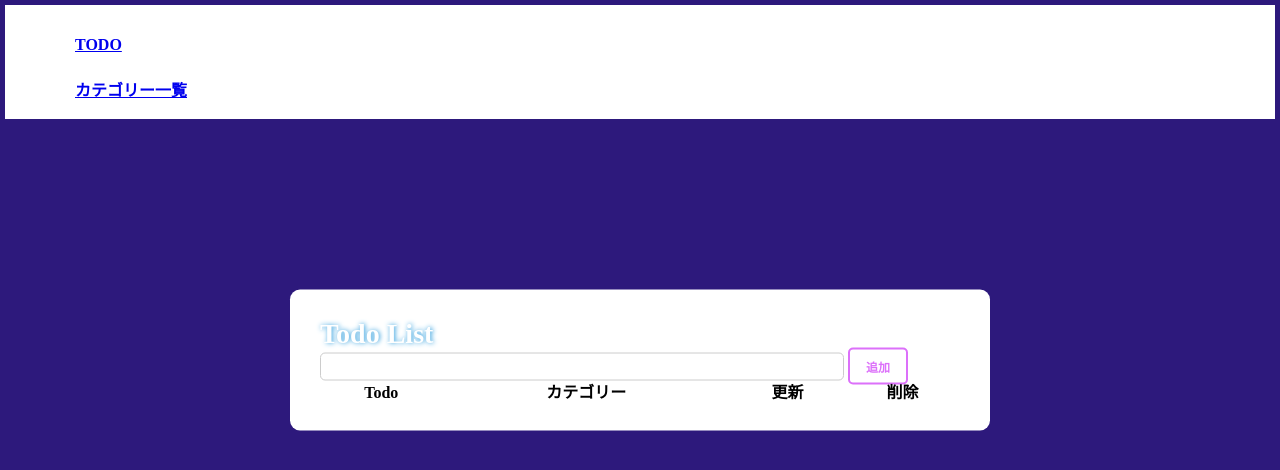
Repository: azuma2/cate
Page: http://localhost/
An editor plug-in stored every save of this project. The page is shown before and after the next save, followed by the edit.
The browser window is 1280 px wide. The pictures show the whole page.
The page is served by the project's Laravel application, run on PHP 8.4 with Laravel 8. Other server files are loaded and not shown. Queries for data that is not in the repository find no rows.

Above is the page before, as saved 2022-05-17 03:02:05.

### routes/web.php
<?php

use Illuminate\Support\Facades\Route;
use App\Http\Controllers\TodoController;
use App\Http\Controllers\CateController;


Route::get('/', [TodoController::class, 'index']);
Route::post('/todo/create', [TodoController::class, 'create']);
Route::post('/todo/update', [TodoController::class, 'update']);
Route::post('/todo/delete', [TodoController::class, 'remove']);
Route::post('/todo/search', [TodoController::class, 'search']);
Route::post('/cate/create', [CateController::class, 'post']);
Route::post('/cate/update', [CateController::class, 'update']);
Route::post('/cate/delete', [CateController::class, 'remove']);
Route::post('/cate/search', [CateController::class, 'search']);

### app/Http/Controllers/TodoController.php
<?php

namespace App\Http\Controllers;

use App\Models\Todo;
use App\Models\Cate;
use Illuminate\Http\Request;
use Illuminate\Support\Facades\DB;

class TodoController extends Controller
{
    public function index()
    {
        $items = Todo::all();
        $items = DB::select('select * from todos');

        return view('index', ['items' => $items]);
    }

    public function create(Request $request)
    {
        $param = ['content' => $request->content,];
        $this->validate($request, Todo::$rules);

        DB::insert('insert into todos (content) values (:content)', $param);
        return redirect('/');
    }

    public function update(Request $request)
    {
         $param = [
            'id' => $request->id,
            'content' => $request->content,

        ];
        $this->validate($request, Todo::$rules);
        DB::update('update todos set content =:content where id =:id', $param);
        return redirect('/');
    }

    public function remove(Request $request)
    {
        $param = ['id' => $request->id];
        DB::delete('delete from todos where id =:id', $param);
        return redirect('/');
    }

}

### app/Models/todo.php
<?php


namespace App\Models;

use Illuminate\Database\Eloquent\Factories\HasFactory;
use Illuminate\Database\Eloquent\Model;
use App\Models\Cate;

class Todo extends Model
{
    use HasFactory;

    protected $fillable = ['cate_id', 'content'];

    public static $rules = array(
        'cate_id' => 'text',
        'content' => 'required|max:20',
    );

    public function cate(){
        return $this->belongsTo('App\Models\cate');
    }


}

### resources/views/index.blade.php
<!DOCTYPE html>
<html lang="ja">
<head>
    <meta charset="UTF-8">
    <meta http-equiv="X-UA-Compatible" content="IE=edge">
    <meta name="viewport" content="width=device-width, initial-scale=1.0">
    <link rel="stylesheet" href="{{ asset('\resources\views\reset.css') }}" >
    <title>@yield('title')</title>
    <style>
    body {
      font-size:16px;
      margin: 5px;
      background-color: #2d197c;
    }


header{
  padding-right:50px;
  padding-left:50px;
  padding-top:20px;
  position: sticky;
  left: 0;
  top: 0;
  background: #fff;
}
.head {
  justify-content: space-between;
  display: flex;
  font-weight: bolder;
  position: sticky;
  bottom: 0;
}

.head1{
  padding: 10px;
  margin: 10px;
}

.head2{
  padding: 10px;
  margin: 10px;
}

ul{
  list-style: none;
  margin-top: -8px;
}

    td {
      padding: 5px 10px;
      text-align: center;
    }

    .narabe{
      display:flex;
      flex-flow: column;
    }

    .button {
    text-align: left;
    border: 2px solid #dc70fa;
    font-size: 12px;
    color: #dc70fa;
    background-color: #fff;
    font-weight: bold;
    padding: 8px 16px;
    border-radius: 5px;
    cursor: pointer;
    transition: 0.4s;
    outline: none;
}
.input-add {
    width: 80%;
    padding: 5px;
    border-radius: 5px;
    border: 1px solid #ccc;
    appearance: none;
    font-size: 14px;
    outline: none;
}
.input-update {
    width: 90%;
    padding: 5px;
    border-radius: 5px;
    border: 1px solid #ccc;
    appearance: none;
    font-size: 14px;
    outline: none;
}
    .card {
    background-color: #fff;
    width: 50vw;
    padding: 30px;
    position: absolute;
    top: 50%;
    left: 50%;
    transform: translate(-50%, -50%);
    border-radius: 10px;
}
    h2 {
      font-size:28px;
      color:white;
      text-shadow:1px 0 5px #289ADC;
      margin-left: 1px;
      margin: 0;
    }
    .content {
      margin:10px;
    }
    </style>
  </head>
  <body>
  <header>
    <div class="head">
      <ul>
        <li class="head1"><a href="index.html">TODO</a></li>
        <li class="head2"><a href="cate.html">カテゴリー一覧</a></li>
      </ul>
    </div>
  </header>
  <div class="container">
    <div class="card">
      <h2 class="title">Todo List</h2>
            <div class="todo">
              @if ($errors->has('content'))
                  <tr>
                    <th>ERROR</th>
                  <td>
                  {{$errors->first('content')}}
                </td>
            </tr>
          @endif
        <form action="/todo/create" method="post">
            @csrf
          <input type="text" class="input-add" name="content">
          <input class="button" type="submit" value="追加" />
        </form>
          <div class="narabe">
        <table>
            @csrf
          <tr>
            <th>Todo</th>
            <th>カテゴリー</th>
            <th>更新</th>
            <th>削除</th>
          </tr>

                    <tr>
            @foreach ($items as $item)

            <td>

            </td>

            <form action="/todo/update" method="post">
              @csrf
              <td>
                <input type="text" class="input-update" value="{{$item->content}}" name="content" />
              </td>
              <td>
                <input type="hidden"  name="id" value="{{$item->id}}">
                <input class="button" type="submit" value="更新" >
              </td>
            </form>
            <td>
              <form action="/todo/delete" method="post" >
                    @csrf
                <input  type="hidden" name="id" value="{{$item->id}}" >
                <input class="button" type="submit" value="削除" >
              </form>
            </td>
            </div>
          </tr>
          @endforeach
        </table>
      </div>
    </div>
  </div>
  </div>

</body>
</html>

### resources/views/reset.css
/*
html5doctor.com Reset Stylesheet
v1.6.1
Last Updated: 2010-09-17
Todo: Richard Clark - http://richclarkdesign.com
Twitter: @rich_clark
*/

html, body, div, span, object, iframe,
h1, h2, h3, h4, h5, h6, p, blockquote, pre,
abbr, address, cite, code,
del, dfn, em, img, ins, kbd, q, samp,
small, strong, sub, sup, var,
b, i,
dl, dt, dd, ol, ul, li,
fieldset, form, label, legend,
table, caption, tbody, tfoot, thead, tr, th, td,
article, aside, canvas, details, figcaption, figure,
footer, header, hgroup, menu, nav, section, summary,
time, mark, audio, video {
    margin:0;
    padding:0;
    border:0;
    outline:0;
    font-size:100%;
    vertical-align:baseline;
    background:transparent;
}

body {
    line-height:1;
}

article,aside,details,figcaption,figure,
footer,header,hgroup,menu,nav,section {
    display:block;
}

nav ul {
    list-style:none;
}

blockquote, q {
    quotes:none;
}

blockquote:before, blockquote:after,
q:before, q:after {
    content:'';
    content:none;
}

a {
    margin:0;
    padding:0;
    font-size:100%;
    vertical-align:baseline;
    background:transparent;
}

/* change colours to suit your needs */
ins {
    background-color:#ff9;
    color:#000;
    text-decoration:none;
}

/* change colours to suit your needs */
mark {
    background-color:#ff9;
    color:#000;
    font-style:italic;
    font-weight:bold;
}

del {
    text-decoration: line-through;
}

abbr[title], dfn[title] {
    border-bottom:1px dotted;
    cursor:help;
}

table {
    border-collapse:collapse;
    border-spacing:0;
}

/* change border colour to suit your needs */
hr {
    display:block;
    height:1px;
    border:0;
    border-top:1px solid #cccccc;
    margin:1em 0;
    padding:0;
}

input, select {
    vertical-align:middle;
}

Loaded but not shown: app/Http/Controllers/Controller.php (common file)

After the next save:
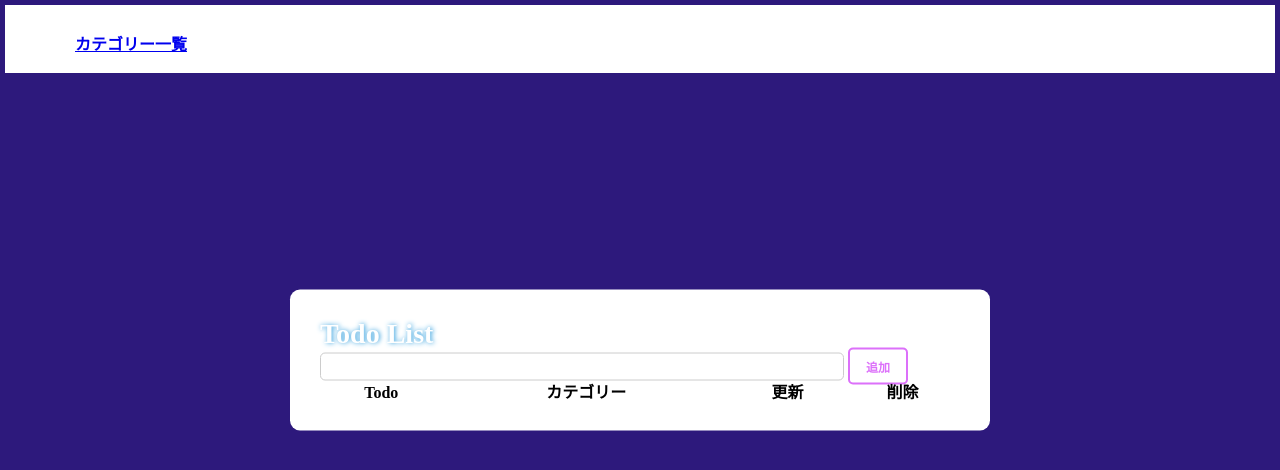
Saved 15 s later.
--- a/resources/views/index.blade.php
+++ b/resources/views/index.blade.php
@@ -113,7 +113,7 @@
   <header>
     <div class="head">
       <ul>
-        <li class="head1"><a href="index.html">TODO</a></li>
+        <li class="head1"><a href="{{ url('/home') }}>TODO</a></li>
         <li class="head2"><a href="cate.html">カテゴリー一覧</a></li>
       </ul>
     </div>

After the 3 saves that followed:
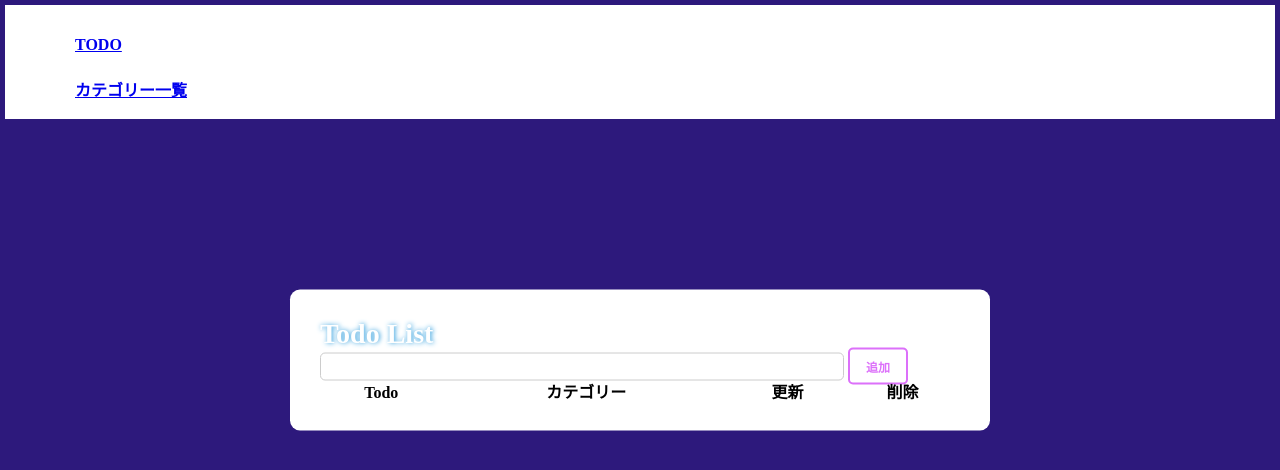
The 3 saves are shown as one change because 2 left the picture as it was.
The last was saved 32 s later.
--- a/resources/views/index.blade.php
+++ b/resources/views/index.blade.php
@@ -113,7 +113,7 @@
   <header>
     <div class="head">
       <ul>
-        <li class="head1"><a href="{{ url('/home') }}>TODO</a></li>
+        <li class="head1"><a href="{{ url('/home') }}">TODO</a></li>
         <li class="head2"><a href="cate.html">カテゴリー一覧</a></li>
       </ul>
     </div>
